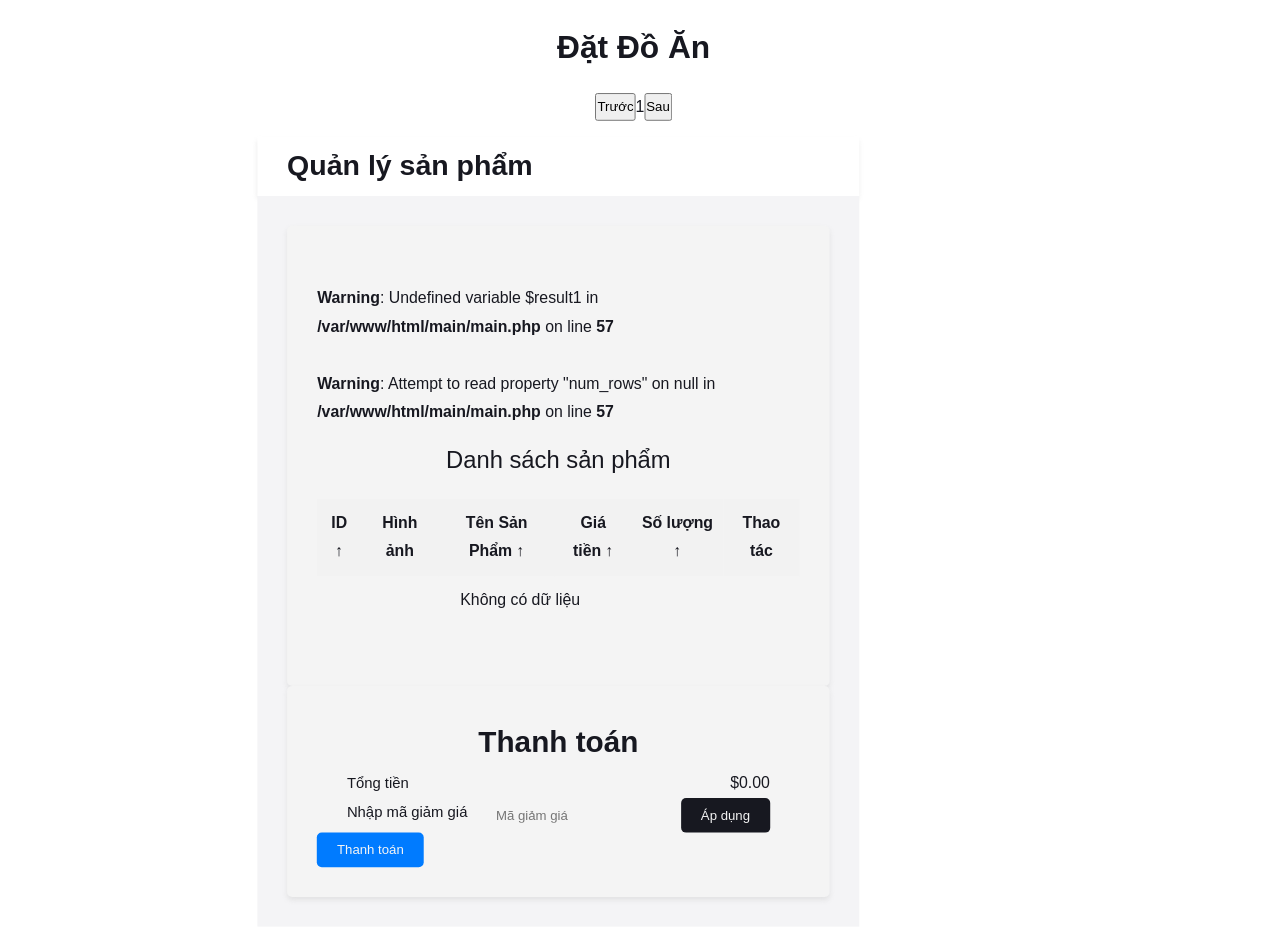
Repository: Tuananhdeptrai723/dientoandammay
Page: http://localhost/main/main.php
The author's editor kept a copy of each file at every save. The page is drawn from the files as they stood at one save, then again after the next save.
The browser window is 1280 px wide. The pictures show the whole page, at 99% of full size.
The page is run by PHP 8.4 with error messages shown; the project is at /var/www/html/. Queries for data that is not in the repository find no rows.

Above is the page before, as saved 2024-06-04 20:15:12.

After the next save:
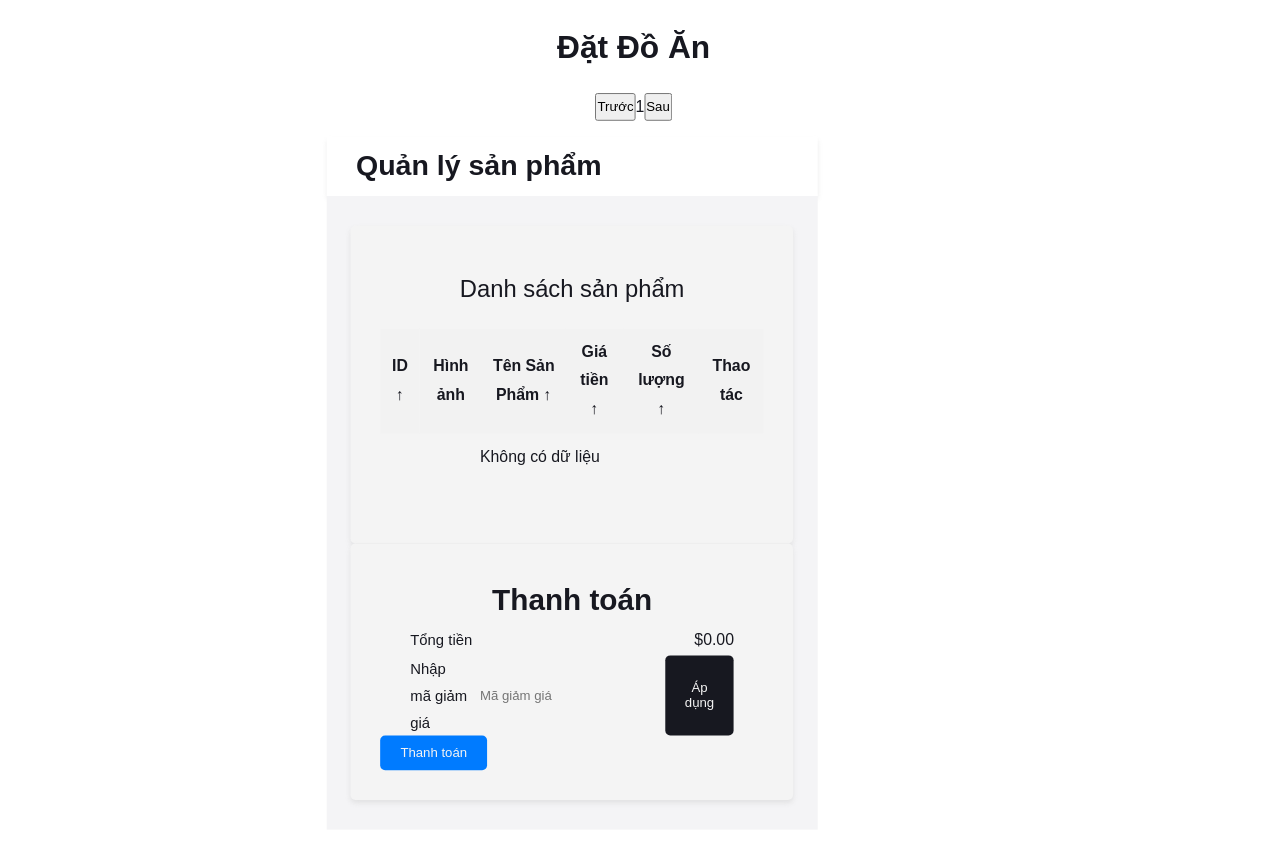
Saved 6 s later.
--- a/main/main.php
+++ b/main/main.php
@@ -54,9 +54,9 @@ include 'ConnectDb.php';
             </thead>
             <tbody>
               <?php
-              if ($result1->num_rows > 0) {
+              if ($result->num_rows > 0) {
                   // Hiển thị dữ liệu từ mỗi hàng
-                  while ($row = $result1->fetch_assoc()) {
+                  while ($row = $result->fetch_assoc()) {
                       $imagePath = "../asset/image/Food" . $row["ID"] . ".jpg";
                       echo "<tr class = 'tr-hover'>";
                       echo "<th scope='row'>" . $row["ID"] . "</th>";
